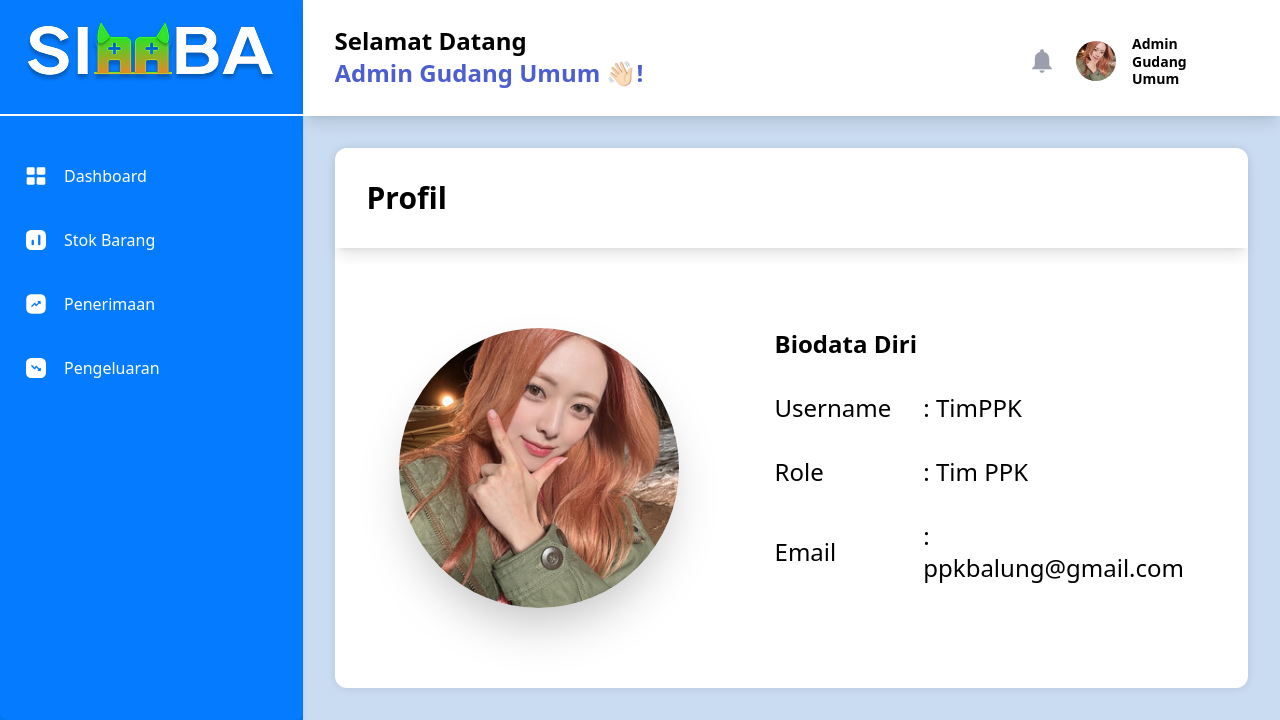
Repository: Gokerwow/inventory-fe
Page: /profil
These files come from the project's save history. The page is drawn as it stood at one moment and after the next save; the edit follows.
The browser window is 1280 px wide. The pictures show the whole page.
The project was rebuilt for these pictures with package versions that can differ from the ones it lists, and the page was loaded fresh each time. Also part of the build but not shown: vite.config.ts, src/components/lineChart.tsx, src/pages/dashboard.tsx, src/pages/stokBarang.tsx, src/components/pagination.tsx, src/components/PenerimaanTable.tsx, src/components/RiwayatPenerimaanTable.tsx, src/pages/penerimaan.tsx and 8 more.

Above is the page before, as saved 2025-10-28 12:16:09.

After the next save:
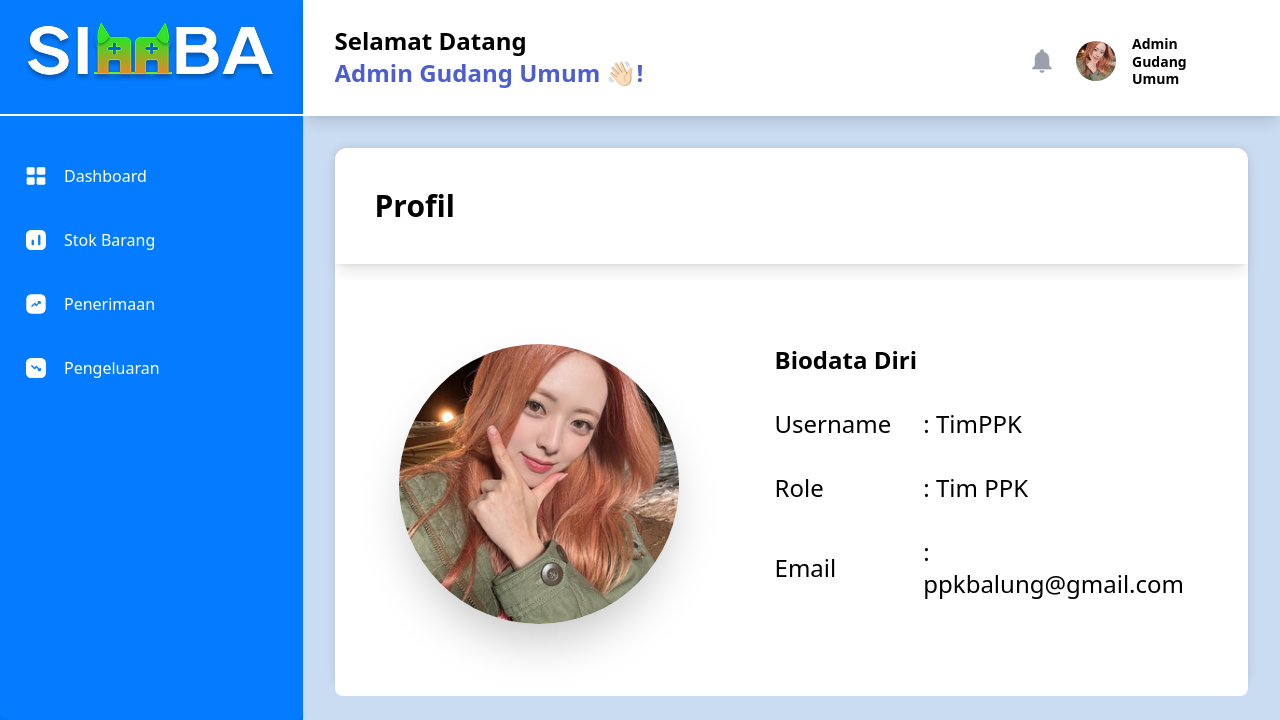
Saved 65 s later.
--- a/src/pages/profil.tsx
+++ b/src/pages/profil.tsx
@@ -3,7 +3,7 @@
 function Profil() {
     return (
         <div className="bg-white shadow-[0_0_10px_rgba(0,0,0,0.1)] h-full rounded-xl flex flex-col gap-4">
-            <h1 className="text-3xl font-bold p-8 shadow-lg">Profil</h1>
+            <h1 className="text-3xl font-bold p-10 shadow-lg">Profil</h1>
             <div className="bg-white rounded-lg p-8">
                 <div className='flex gap-8'>
                     <div className='p-8'>

After the save that followed:
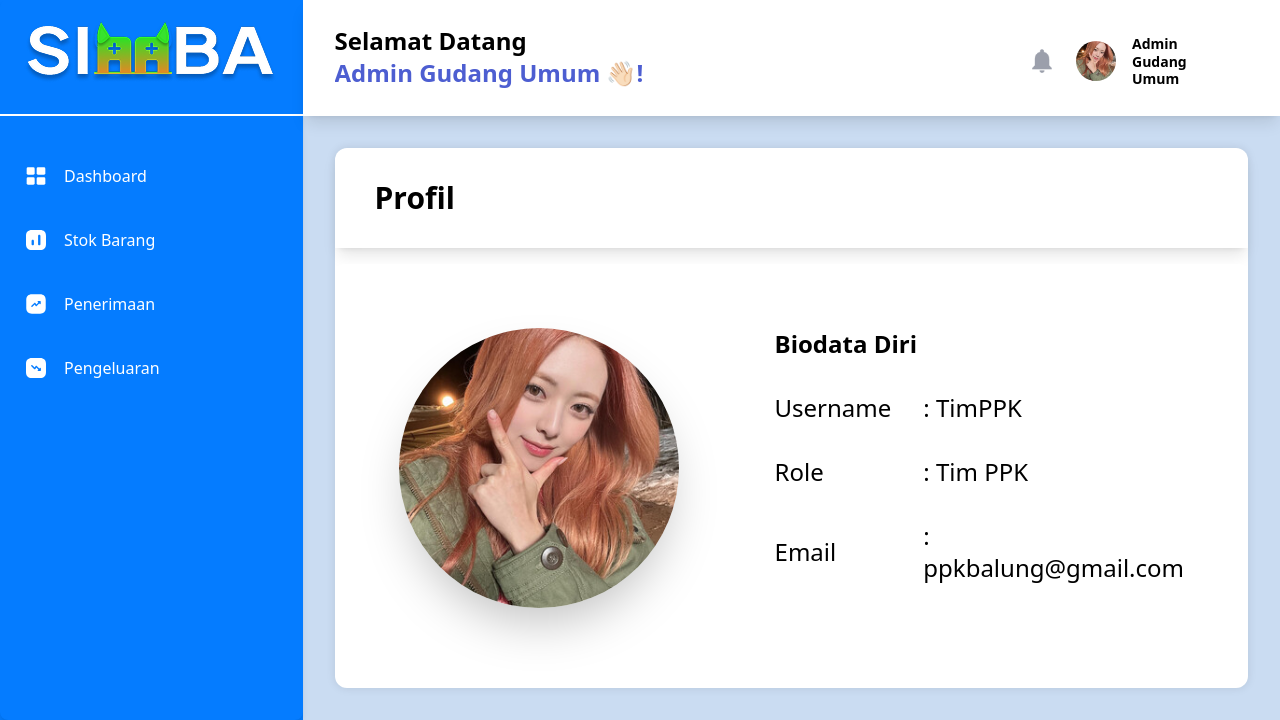
Saved 7 s later.
--- a/src/pages/profil.tsx
+++ b/src/pages/profil.tsx
@@ -3,7 +3,7 @@
 function Profil() {
     return (
         <div className="bg-white shadow-[0_0_10px_rgba(0,0,0,0.1)] h-full rounded-xl flex flex-col gap-4">
-            <h1 className="text-3xl font-bold p-10 shadow-lg">Profil</h1>
+            <h1 className="text-3xl font-bold p-8 px-10 shadow-lg">Profil</h1>
             <div className="bg-white rounded-lg p-8">
                 <div className='flex gap-8'>
                     <div className='p-8'>
